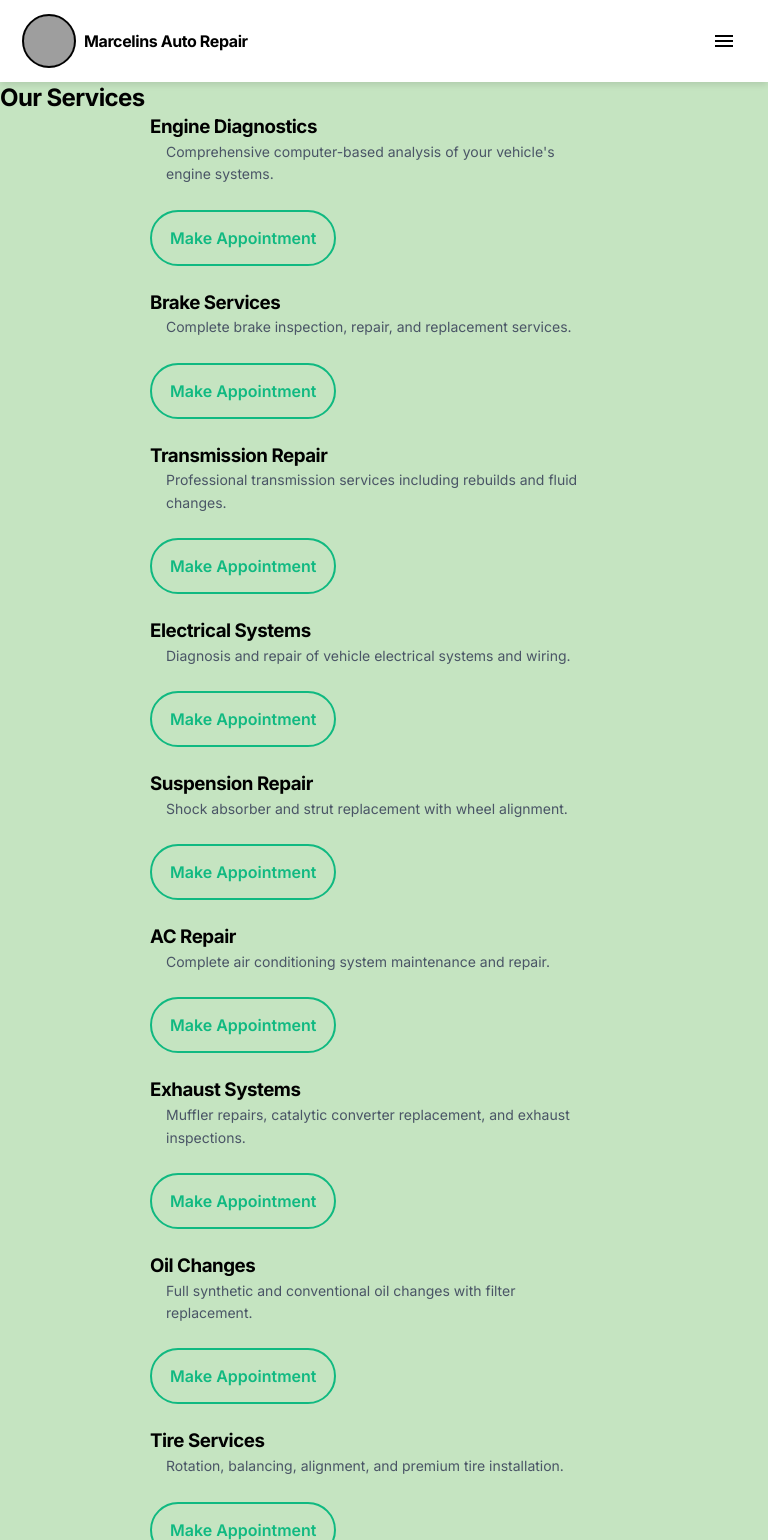
Repository: ilovegames507/twebsite-2
Page: frontend/public/service.html
The author's editor kept a copy of each file at every save. The page is drawn from the files as they stood at one save, then again after the next save.
The browser window is 768 px wide. The pictures show the part of the page from y = 0 to 1540 px (the page is 2780 px tall before and 2618 px after).
Pictures or frames that could not be fetched are drawn as grey boxes. A picture or video elsewhere on the page could not be fetched, so the positions and the page height are approximate.

Above is the page before, as saved 2025-03-18 23:01:25.

After the next save:
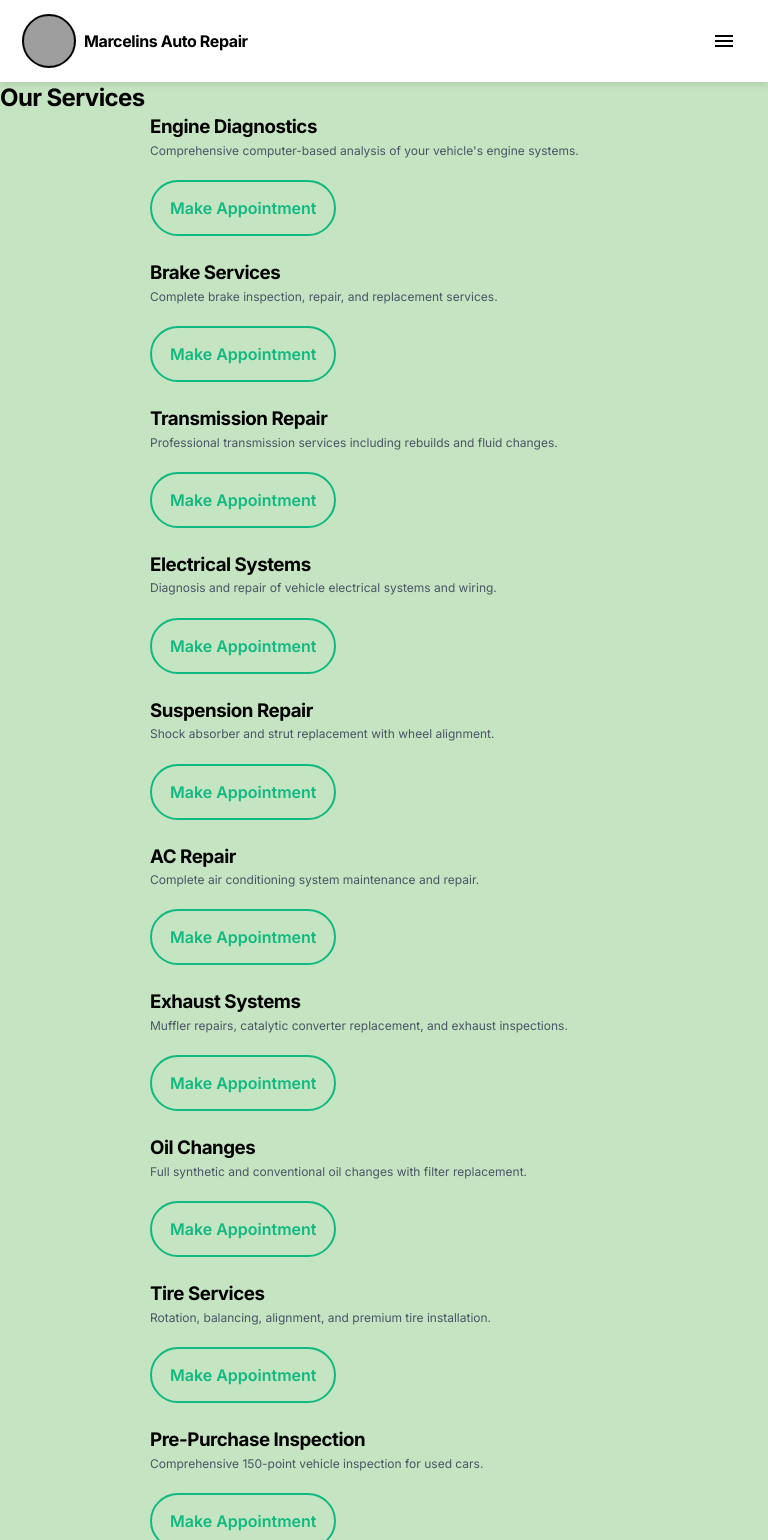
Saved 20 min 57 s later.
--- a/frontend/public/styles/components/service.css
+++ b/frontend/public/styles/components/service.css
@@ -1,43 +1,31 @@
-.services__header {
-    text-align: center;
-    margin-bottom: var(--size-6xl);
-  }
-
-  .services__subtitle {
-    color: var(--clr-muted);
-    font-size: var(--size-lg);
-    max-width: 600px;
-    margin: 0 auto;
-  }
-
-  .services__grid {
+.services__grid {
     display: grid;
-    grid-template-columns: repeat(auto-fit, minmax(300px, 1fr));
+    grid-template-columns: repeat(auto-fit, minmax(280px, 1fr));
     gap: var(--size-2xl);
     padding: 0 var(--size-base);
   }
 
+  /* Service Card */
   .service__card {
     background: var(--clr-white);
     border-radius: 16px;
     padding: var(--size-2xl);
-    box-shadow: var(--shadow);
+    box-shadow: 0 4px 6px rgba(0, 0, 0, 0.05);
     transition: var(--transition);
     display: flex;
     flex-direction: column;
-    align-items: center;
-    text-align: center;
     border: 1px solid var(--clr-slate100);
   }
 
   .service__card:hover {
     transform: translateY(-5px);
-    box-shadow: 0 8px 24px rgba(0,0,0,0.1);
+    box-shadow: 0 8px 24px rgba(0, 0, 0, 0.1);
   }
 
+  /* Service Icon */
   .service__icon {
-    width: var(--size-6xl);
-    height: var(--size-6xl);
+    width: 64px;
+    height: 64px;
     background: var(--clr-slate50);
     border-radius: 12px;
     display: flex;
@@ -52,20 +40,29 @@
     color: var(--clr-green);
   }
 
+  /* Service Content */
+  .service__content {
+    flex: 1;
+    display: flex;
+    flex-direction: column;
+  }
+
   .service__title {
-    font-size: var(--size-xl);
+    font-size: var(--size-lg);
     color: var(--clr-dark);
-    margin: var(--size-lg) 0 var(--size-sm);
+    margin-bottom: var(--size-sm);
+    line-height: 1.3;
   }
 
   .service__description {
     color: var(--clr-muted);
-    font-size: var(--size-base);
+    font-size: var(--size-sm);
     line-height: 1.6;
-    margin-bottom: var(--size-2xl);
-    padding: 0 var(--size-base);
+    margin-bottom: var(--size-xl);
+    flex-grow: 1;
   }
 
+  /* CTA Button */
   .service__cta {
     background: transparent;
     color: var(--clr-green);
@@ -75,6 +72,7 @@
     font-weight: 600;
     display: flex;
     align-items: center;
+    justify-content: center;
     gap: var(--size-xs);
     transition: var(--transition);
     margin-top: auto;
@@ -96,6 +94,7 @@
     transform: translateX(3px);
   }
 
+  /* Responsive Design */
   @media (max-width: 768px) {
     .services__grid {
       grid-template-columns: 1fr;
@@ -104,10 +103,10 @@
     }
 
     .service__title {
-      font-size: var(--size-lg);
+      font-size: var(--size-base);
     }
 
     .service__description {
-      font-size: var(--size-sm);
+      font-size: var(--size-xs);
     }
   }
